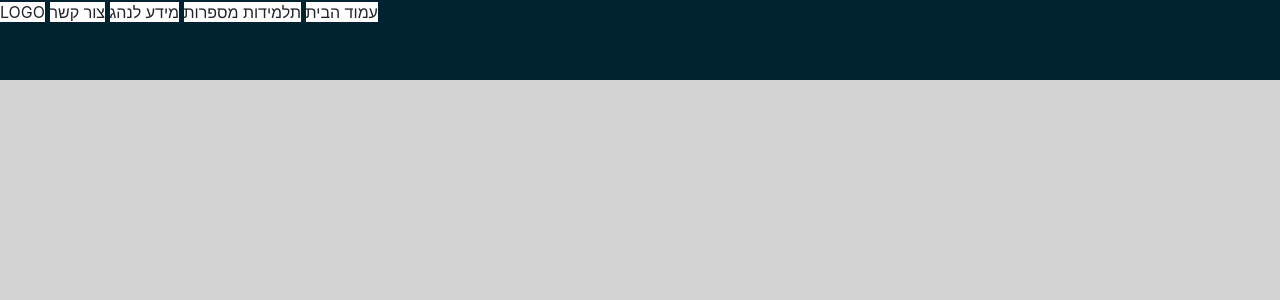
Repository: ChenGinsberg/BatyaLamed-site
Page: index.html
An editor plug-in stored every save of this project. The page is shown before and after the next save, followed by the edit.
The browser window is 1280 px wide. The pictures show the whole page.
Some web libraries are served in a nearby version.

Above is the page before, as saved 2017-11-09 21:13:36.

After the next save:
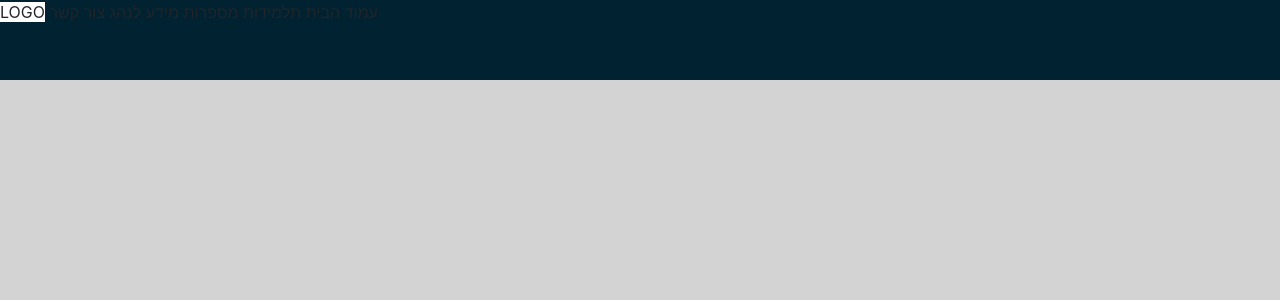
Saved 17 s later.
--- a/index.html
+++ b/index.html
@@ -19,10 +19,10 @@
 <body lang="rtl">
     <nav class="navbar-blue">
         <span class="logo-nav">LOGO</span>
-        <a class="nav-icon">עמוד הבית</a>
-        <a class="nav-icon">תלמידות מספרות</a>
-        <a class="nav-icon">מידע לנהג</a>
-        <a class="nav-icon">צור קשר</a>
+        <a class="nav-iconn">עמוד הבית</a>
+        <a class="nav-iconn">תלמידות מספרות</a>
+        <a class="nav-iconn">מידע לנהג</a>
+        <a class="nav-iconn">צור קשר</a>
     </nav>
 
     <link rel="stylesheet" type="text/css" href="style/style.css">

After the save that followed:
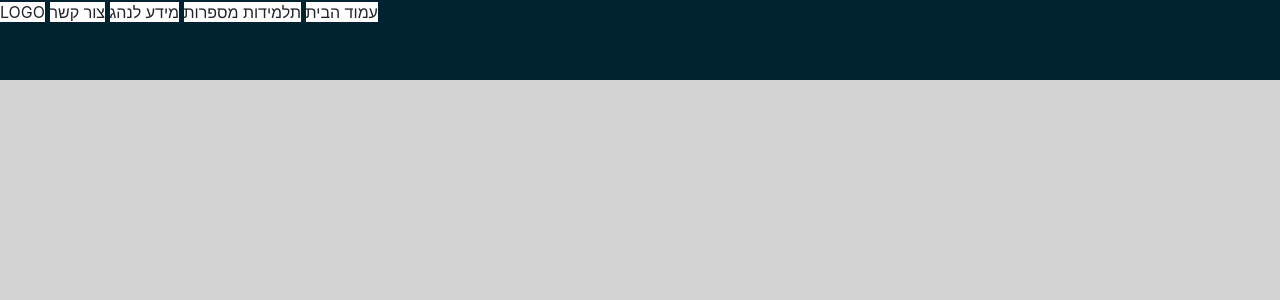
Saved 18 s later.
--- a/style/style.css
+++ b/style/style.css
@@ -14,6 +14,6 @@ body {
     background-color: white;
 }
 
-.nav-icon {
+.nav-iconn {
     background-color: white;
 }
